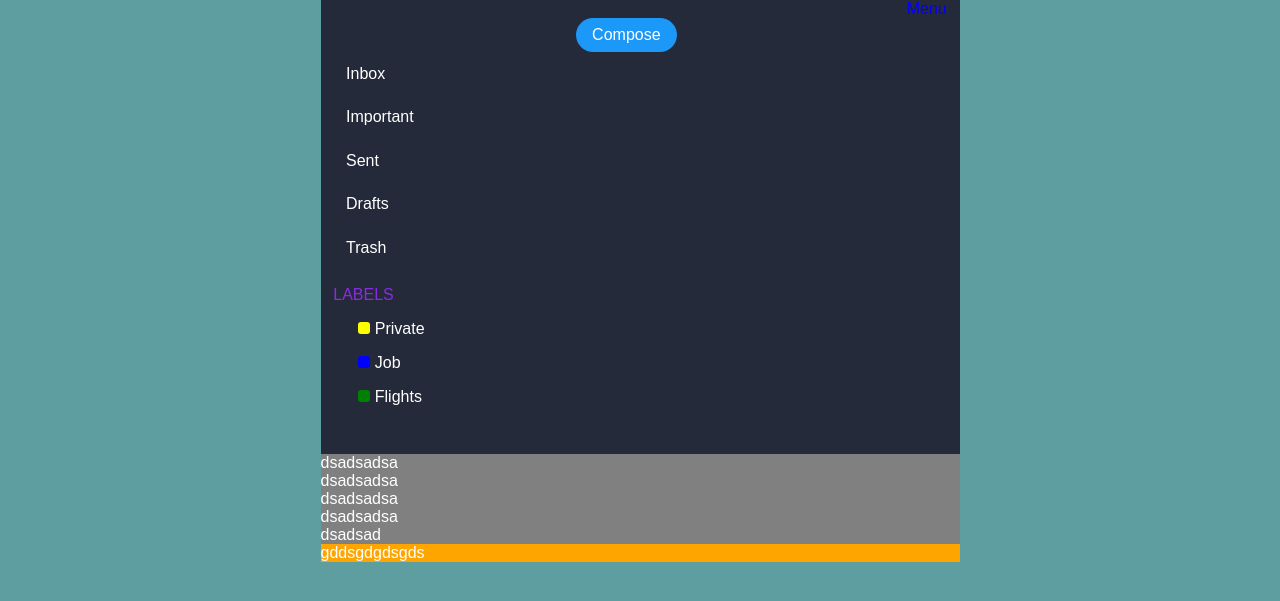
Repository: Gumiin/studia
Page: lesson4/index.html
These files come from the project's save history. The page is drawn as it stood at one moment and after the next save; the edit follows.
The browser window is 1280 px wide. The pictures show the whole page.

Above is the page before, as saved 2021-04-21 17:38:24.

After the next save:
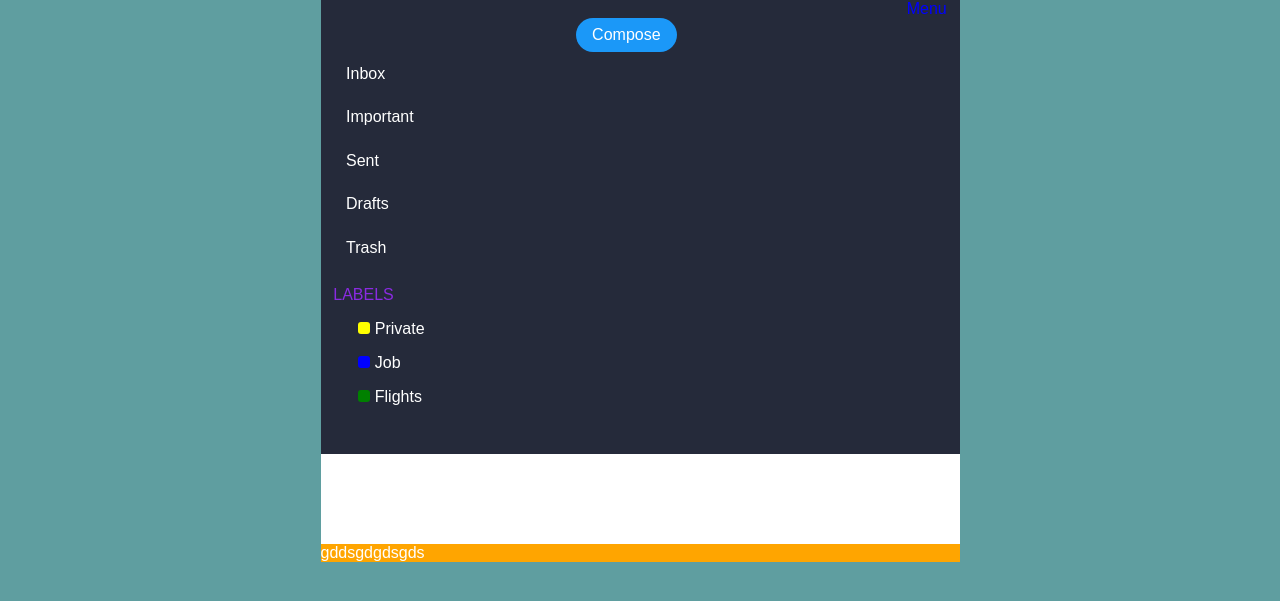
Saved 10 s later.
--- a/lesson4/style.css
+++ b/lesson4/style.css
@@ -59,7 +59,7 @@ main{
     border-radius: 3px;
     margin-left:4%;
 }
-mail{
+{
     grid-template-areas:list;
     background:grey;
     display: grid;

After the 4 saves that followed:
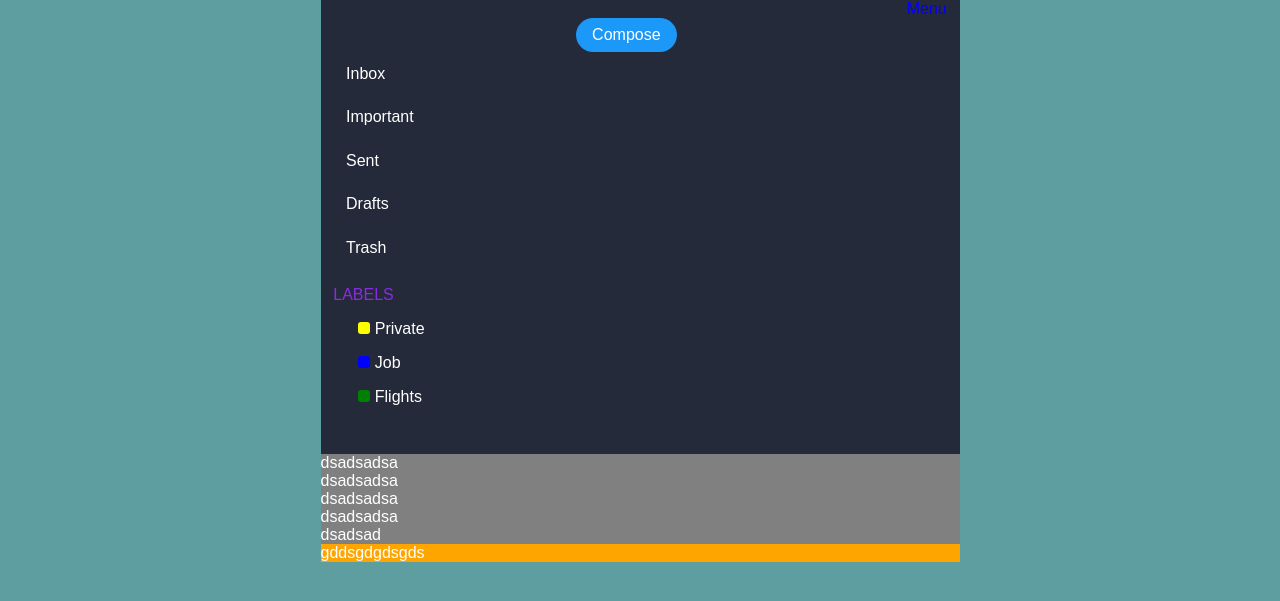
The 4 saves are shown as one change because 3 left the picture as it was.
The last was saved 75 s later.
--- a/lesson4/index.html
+++ b/lesson4/index.html
@@ -35,13 +35,13 @@
             </p>
         </div>
     </navigation>
-    <mail id="mails">
+    <div id="mails">
         <dmiv class="mail">dsadsadsa</dmiv>
         <div class="mail">dsadsadsa</div>
         <div class="mail">dsadsadsa</div>
         <div class="mail">dsadsadsa</div>
         <div class="mail">dsadsad</div>
-    </mail>
+    </div>
     <content id="messenge">
         gddsgdgdsgds
     </content>
--- a/lesson4/style.css
+++ b/lesson4/style.css
@@ -14,7 +14,7 @@ main{
     display: grid;
     grid-template-areas:
         "navigation"
-        "list"
+        "mails"
         "content";
 }
 #menus{
@@ -59,11 +59,11 @@ main{
     border-radius: 3px;
     margin-left:4%;
 }
-{
+#mails{
     grid-template-areas:list;
     background:grey;
     display: grid;
-    grid-template-areas:
+    grid-template-areas:mails;
 }
 content{
     grid-template-areas:content;
